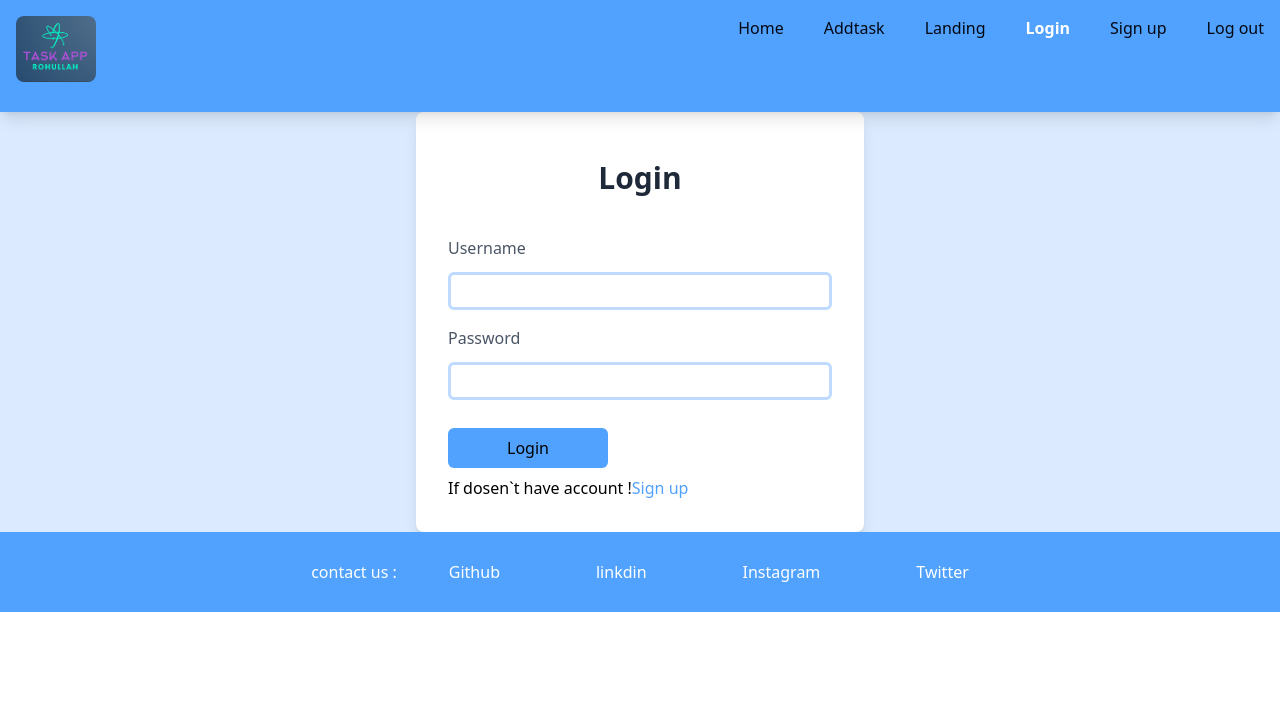
Repository: Rohullah-Noori/TaskApp
Page: /
The author's editor kept a copy of each file at every save. The page is drawn from the files as they stood at one save, then again after the next save.
The browser window is 1280 px wide. The pictures show the whole page.
The project was rebuilt for these pictures with package versions that can differ from the ones it lists, and the page was loaded fresh each time. Also part of the build but not shown: vite.config.js, src/components/Loader.jsx, src/pages/Landing.jsx, src/pages/Home.jsx, src/pages/Signup.jsx, src/pages/Addtask.jsx, src/pages/Edittask.jsx, src/pages/Errorpage.jsx and 1 more.

Above is the page before, as saved 2025-03-01 12:31:14.

### src/index.css
@import "tailwindcss";

.input {
  @apply border-3 border-blue-200 focus:outline-blue-500 w-full rounded-md p-1;
}

.containerForm {
  @apply flex items-center justify-center h-[90%] bg-blue-100 flex-grow overflow-y-auto;
}
.parentContainerForm {
  @apply w-full max-w-md bg-white p-8 rounded-lg shadow-lg;
}

.heading {
  @apply text-xl sm:text-2xl md:text-3xl font-bold mb-6 text-gray-800 text-center p-1 md:p-4;
}

.taskContainer {
  @apply bg-blue-100 lg:h-full min-h-107 justify-center flex;
}
.taskinnerContainer {
  @apply mt-10 text-center h-[90%]  shadow-lg bg-amber-50  rounded-xl p-10  max-w-md w-full;
}

.btndesign {
  @apply mt-3 cursor-pointer rounded-md py-2 mb-2 w-[50%] text-wrap sm:w-40 bg-blue-400  hover:bg-blue-500 hover:text-white;
}

### src/App.jsx
import { TasksProvider } from "./components/TaskContext";
import { BrowserRouter as Router, Routes, Route } from "react-router-dom";
import PrivateRoute from "./components/PrivateRoute";
import { AuthProvider } from "./components/PrivateContext";
import Landing from "./pages/Landing";
import Home from "./pages/Home";
import Login from "./pages/Login";
import Signup from "./pages/Signup";
import Addtask from "./pages/Addtask";
import Edittask from "./pages/Edittask";
import Errorpage from "./pages/Errorpage";
import Logout from "./pages/Logout";

function App() {
  return (
    <>
      <Router>
        <AuthProvider>
          <TasksProvider>
            <Routes>
              <Route path="/" element={<PrivateRoute />}>
                <Route index element={<Landing />} />
                <Route path="/addtask" element={<Addtask />} />
                <Route path="/home" element={<Home />} />
                <Route path="/edit-task/:taskId" element={<Edittask />} />
              </Route>

              <Route path="/login" element={<Login />} />

              <Route path="/signup" element={<Signup />} />
              <Route path="/logout" element={<Logout />} />

              <Route path="/*" element={<Errorpage />} />
            </Routes>
          </TasksProvider>
        </AuthProvider>
      </Router>
    </>
  );
}

export default App;

### src/components/TaskContext.jsx
import { createContext, useContext, useState } from "react";

const TaskContext = createContext();
export const TasksProvider = ({ children }) => {
  const [tasks, setTasks] = useState([]);
  const [loading, setIsloading] = useState(false);
  const addtask = (newtask) => {
    setTasks((prevtask) => [...prevtask, newtask]);
  };

  const updateTask = (taskId, taskdata) => {
    setTasks((prevtask) =>
      prevtask.map((task) =>
        task.id === Number(taskId)
          ? {
              ...task,
              title: taskdata.title,
              startTime: taskdata.startTime,
              endTime: taskdata.endTime,
            }
          : task
      )
    );
  };

  return (
    <TaskContext.Provider
      value={{
        tasks,
        addtask,
        setTasks,
        loading,
        setIsloading,
        updateTask,
      }}
    >
      {children}
    </TaskContext.Provider>
  );
};

export const useTasks = () => useContext(TaskContext);

### src/components/PrivateRoute.jsx
import { Navigate, Outlet } from "react-router-dom";
import { useAuth } from "./PrivateContext";

// function PrivateRoute({ element, ...res }) {
//   const { islogin } = useAuth();
//   return islogin ? (
//     <Route {...res} element={element} />
//   ) : (
//     <Navigate to="/login" />
//   );
// }

// function PrivateRoute({ element, ...res }) {
//   const { islogin } = useAuth();
//   return (
//     <Route {...res} element={islogin ? element : <Navigate to="/login" />} />
//   );
// }

// export default PrivateRoute;

export default function PrivateRoute() {
  const { islogin } = useAuth();
  return islogin ? <Outlet /> : <Navigate to="/login" />;
}

### src/components/PrivateContext.jsx
import { createContext, useContext, useEffect, useState } from "react";
import { useNavigate } from "react-router-dom";

const AuthContext = createContext();
export const AuthProvider = ({ children }) => {
  const [islogin, setIslogin] = useState(() => {
    return localStorage.getItem("islogin") === "true" ? true : false;
  });
  const navigate = useNavigate();

  useEffect(
    function () {
      localStorage.setItem("islogin", JSON.stringify(islogin));
    },

    [islogin]
  );

  const login = () => {
    setIslogin(true);
    navigate("/");
  };

  const logout = () => {
    setIslogin(false);
    navigate("/login");
  };

  return (
    <AuthContext.Provider value={{ login, logout, islogin }}>
      {children}
    </AuthContext.Provider>
  );
};

export const useAuth = () => useContext(AuthContext);

### src/pages/Login.jsx
import Navbar from "../components/Navbar";
import { useState } from "react";
import { Link, useNavigate } from "react-router-dom";
import Loader from "../components/Loader";
import Button from "../components/Button";
import { useAuth } from "../components/PrivateContext";
import Footer from "../components/Footer";

function Login() {
  const [message, setMessage] = useState("");
  const [loading, setIsloading] = useState(false);
  const [password, setPassword] = useState("");
  const [username, setUsername] = useState("");
  const { login } = useAuth();
  const validusername = "Rohullah";
  const validpassword = "Rohullah";

  // const navigate = useNavigate();

  function handlesubmit(e) {
    e.preventDefault();
    setIsloading(true);
    setMessage("");
    if (username === validusername && password === validpassword) {
      setTimeout(() => {
        setIsloading(false);
        setMessage("login successfully");
        // setTimeout(() => {
        //   navigate("/");
        // }, 500);
        login();
      }, 1000);
    } else {
      setMessage("Invalid Usrename or Password");
      setIsloading(false);
    }
  }
  return (
    <>
      <Navbar />
      <div className="containerForm">
        <div className="parentContainerForm ">
          <h2 className="heading">Login</h2>
          {loading && <Loader />}
          {message && (
            <div
              className={`${
                message === "login successfully"
                  ? "bg-green-100 text-green-700 border-green-500"
                  : "bg-red-100 text-red-700 border-red-500"
              }`}
            >
              {message}
            </div>
          )}

          <form action="" onSubmit={handlesubmit} className="space-y-4">
            <div className=" space-y-3  ">
              <label
                htmlFor="username"
                className="block text-md font-md text-gray-600"
              >
                Username
              </label>

              <input
                type="text"
                id="username"
                value={username}
                onChange={(e) => setUsername(e.target.value)}
                className="input"
              />
            </div>

            <div className=" space-y-3 ">
              <label
                htmlFor="password"
                className="block text-md font-md text-gray-600"
              >
                Password
              </label>
              <input
                type="password"
                id="password"
                value={password}
                onChange={(e) => setPassword(e.target.value)}
                className="input"
              />
            </div>
            <div className="flex">
              <Button type="submit">Login</Button>
            </div>
          </form>

          <div>
            <h3>
              If dosen`t have account !
              <Link
                to={"/signup"}
                className=" text-blue-400 hover:text-blue-600"
              >
                Sign up
              </Link>
            </h3>
          </div>
        </div>
      </div>
      <Footer />
    </>
  );
}

export default Login;

### src/components/Button.jsx
function Button({ children, onClick, disabled }) {
  return (
    <button onClick={onClick} disabled={disabled} className="btndesign">
      {children}
    </button>
  );
}

export default Button;

### src/components/Navbar.jsx
import { Link, useLocation } from "react-router-dom";
import { useState } from "react";
function Navbar() {
  const location = useLocation();
  const [Open, setIsOpen] = useState(false);

  function Toggle() {
    setIsOpen(!Open);
  }

  return (
    <nav className="bg-blue-400  flex shadow-lg p-4  justify-between    sticky top-0 z-10 ">
      <div className="size-20  ">
        <img src="../src/assets/logo/Capture.PNG" className="rounded-lg" />
      </div>
      <div className="lg:hidden">
        <button className="text-white" onClick={Toggle}>
          <svg
            xmlns="http://www.w3.org/2000/svg"
            fill="none"
            viewBox="0 0 24 24"
            stroke="currentColor"
            className="h-6 w-6"
          >
            <path
              strokeLinecap="round"
              strokeLinejoin="round"
              strokeWidth="2"
              d="M4 6h16M4 12h16M4 18h16"
            />
          </svg>
        </button>
      </div>
      <ul className=" hidden lg:flex space-x-10">
        {[
          {
            path: "/home",
            label: "Home",
          },
          {
            path: "/addtask",
            label: "Addtask",
          },
          {
            path: "/",
            label: "Landing",
          },
          {
            path: "/login",
            label: "Login",
          },

          {
            path: "/signup",
            label: "Sign up",
          },
          {
            path: "/logout",
            label: "Log out",
          },
        ].map((item) => (
          <li key={item.path}>
            <Link
              to={item.path}
              className={`hover:text-amber-50 active:text-amber-50 ${
                location.pathname === item.path
                  ? "text-white font-bold"
                  : "text-gray-950"
              }`}
            >
              {item.label}
            </Link>
          </li>
        ))}
      </ul>
      <div
        className={`${
          Open ? "block" : "hidden"
        } absolute w-full top-24 flex flex-col justify-center items-start pl-6  text-center left-0 bg-blue-400 text-white text-center py-4`}
      >
        {[
          {
            path: "/home",
            label: "Home",
          },
          {
            path: "/addtask",
            label: "Addtask",
          },
          {
            path: "/",
            label: "Landing",
          },
          {
            path: "/login",
            label: "Login",
          },

          {
            path: "/signup",
            label: "Sign up",
          },
          {
            path: "/edittask",
            label: "Edit",
          },
        ].map((item) => (
          <Link
            key={item.path}
            to={item.path}
            className={`hover:text-amber-50 active:text-amber-50 ${
              location.pathname === item.path
                ? "text-white font-bold"
                : "text-gray-950"
            }`}
          >
            {item.label}
          </Link>
        ))}
      </div>
    </nav>
  );
}

export default Navbar;

### src/components/Footer.jsx
function Footer() {
  return (
    // <div className=" w- md:w-full ">

    // </div>
    <div className="bg-blue-400 w-screen   md:w-full min-h-20 pt-2 pb-2 flex flex-wrap    justify-center  space-x-5 lg:space-x-13 text-white items-center">
      <div>
        <h1>contact us :</h1>
      </div>
      <div className="flex flex-wrap md:flex-row space-x-10 md:space-x-24 cursor-pointer justify-center">
        <span>Github</span>
        <span>linkdin</span>
        <span>Instagram</span>
        <span>Twitter</span>
      </div>
    </div>
  );
}

export default Footer;

Loaded but not shown: index.html (common file); src/main.jsx (common file)

After the next save:
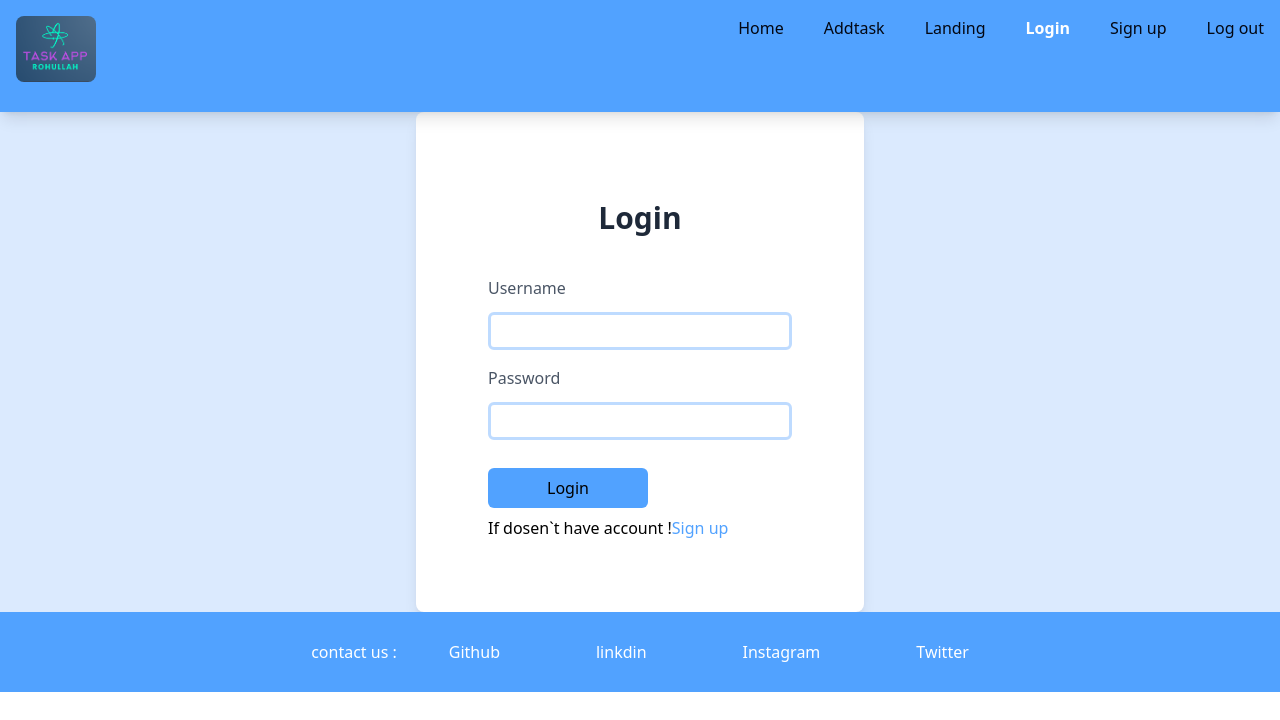
Saved 18 s later.
--- a/src/index.css
+++ b/src/index.css
@@ -8,7 +8,7 @@
   @apply flex items-center justify-center h-[90%] bg-blue-100 flex-grow overflow-y-auto;
 }
 .parentContainerForm {
-  @apply w-full max-w-md bg-white p-8 rounded-lg shadow-lg;
+  @apply w-full max-w-md bg-white p-18 rounded-lg shadow-lg;
 }
 
 .heading {

After the save that followed:
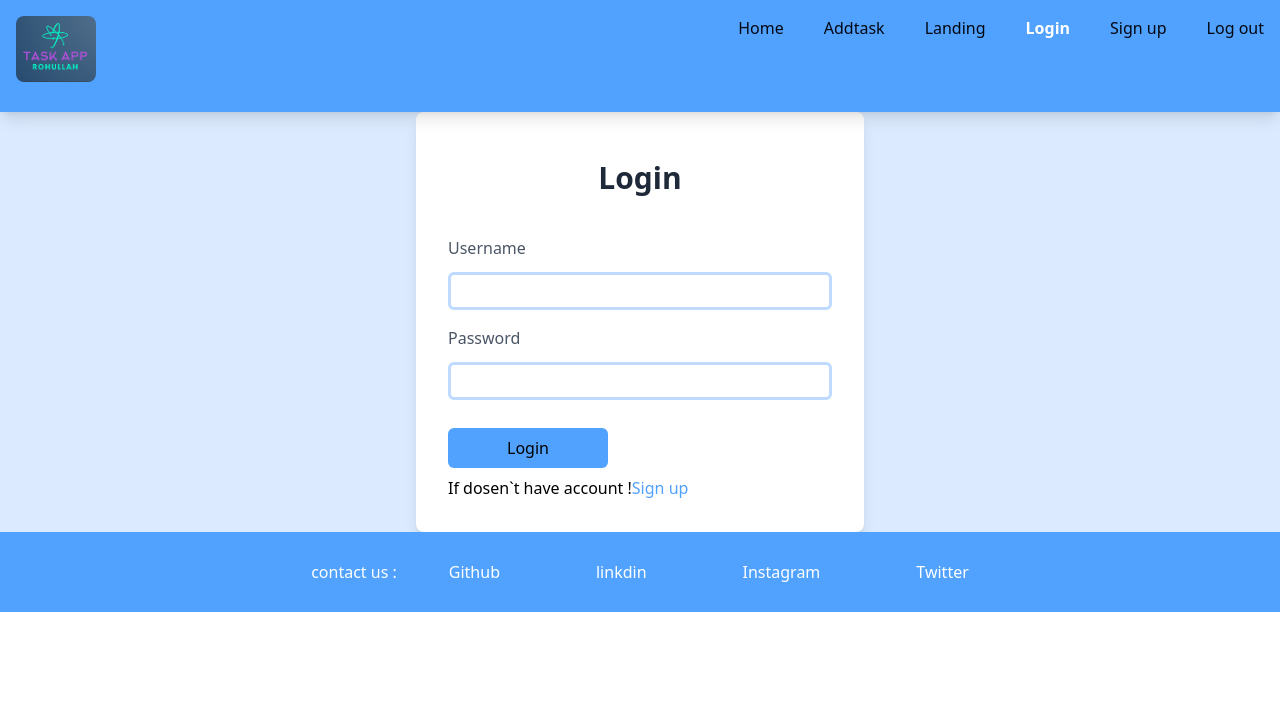
Saved 10 s later.
--- a/src/index.css
+++ b/src/index.css
@@ -8,7 +8,7 @@
   @apply flex items-center justify-center h-[90%] bg-blue-100 flex-grow overflow-y-auto;
 }
 .parentContainerForm {
-  @apply w-full max-w-md bg-white p-18 rounded-lg shadow-lg;
+  @apply w-full max-w-md bg-white p-8 rounded-lg shadow-lg;
 }
 
 .heading {
